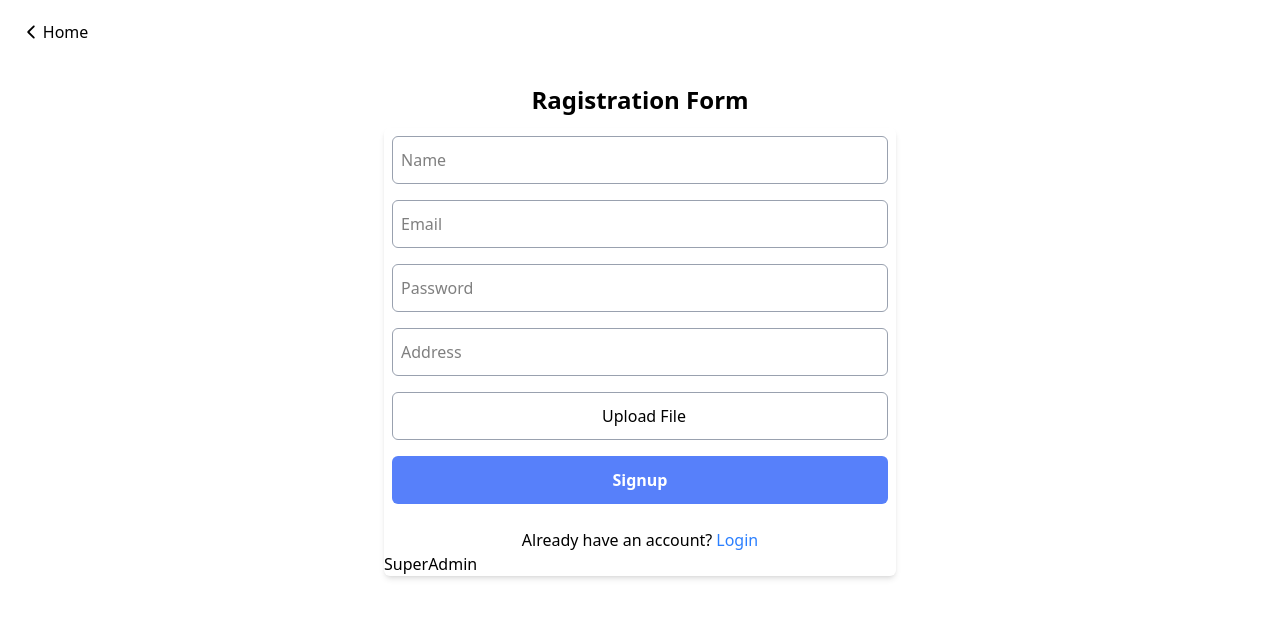
Repository: GAURAV-KUMAR22/restro-food-order-app
Page: /signup (app in qr-app/)
The author's editor kept a copy of each file at every save. The page is drawn from the files as they stood at one save, then again after the next save.
The browser window is 1280 px wide. The pictures show the whole page.
The page's requests for data from a server got no answer. The project was rebuilt for these pictures with package versions that can differ from the ones it lists, and the page was loaded fresh each time. No one was signed in, and anything a server would have sent is missing. Also part of the build but not shown: qr-app/vite.config.js, qr-app/src/Services/ProtectedRoutes.jsx, qr-app/src/components/CardItem.jsx, qr-app/src/components/CardDetails.jsx, qr-app/src/components/Client/CategoryCard.jsx, qr-app/src/Services/Socket.js, qr-app/src/components/Client/OrderStatusCard.jsx, qr-app/src/components/Client/SearchInput.jsx and 33 more.

Above is the page before, as saved 2025-06-11 10:35:16.

### qr-app/index.html
<!DOCTYPE html>
<html lang="en">
  <head>
    <meta charset="UTF-8" />
    <link rel="icon" type="image/svg+xml" href="/vite.svg" />
    <meta name="viewport" content="width=device-width, initial-scale=1.0" />
    <title>Vite + React</title>
    <style>
      @import url("https://fonts.googleapis.com/css2?family=Inter:ital,opsz,wght@0,14..32,100..900;1,14..32,100..900&display=swap");
    </style>
  </head>
  <body>
    <div id="root"></div>
    <script type="module" src="/src/main.jsx"></script>
  </body>
</html>

### qr-app/src/main.jsx
import React, { StrictMode } from "react";
import { createRoot } from "react-dom/client";
import "./index.css";
import App from "./App.jsx";
import { BrowserRouter } from "react-router-dom";
import { Provider } from "react-redux";
import store from "./Store/store.js";
import { AuthProvider } from "../Context/AuthProvider";

createRoot(document.getElementById("root")).render(
  // <StrictMode>
  <BrowserRouter>
    <Provider store={store}>
      <AuthProvider>
        <App />
      </AuthProvider>
    </Provider>
  </BrowserRouter>
  // </StrictMode>,
);

### qr-app/src/index.css
@import "tailwindcss";
.coverimg {
  background: url('/public/assets.image1.png');
}

### qr-app/src/App.jsx
import React, { useEffect } from "react";
import ScrollToTop from "./components/ScrollToTop";
import QrCode from "react-qr-code";
import { Suspense, lazy } from "react";
import { Route, Routes } from "react-router-dom";
import "./App.css";
import { ProtectedRoutes } from "./Services/ProtectedRoutes";
import { Home } from "./Pages/Clients/Home";
import { CartPage } from "./Pages/Clients/CartPage";
import { Category as FoodCategory } from "./Pages/Clients/Category";
import { PaymentsMethod } from "./Pages/Clients/PaymentsMethod";
import { DashBoardPage } from "./Pages/Admin/DashBoardPage";
import { NewProduct } from "./Pages/Admin/NewProduct";
import { NewCategory } from "./Pages/Admin/NewCategory";
import { Category } from "./Pages/Admin/Category";
import { OrderSuccess } from "./Pages/Clients/Order-Success";
import { Signup } from "./Pages/Auth/Signup";
import { Login } from "./Pages/Auth/Login";
import { UserInfo } from "./Pages/Clients/UserInfo";
import { PaymentPage } from "./Pages/Clients/PaymentPage";
import { OrderUpdate } from "./Pages/Admin/OrderUpdate";
import { TotalSale } from "./Pages/Admin/TotalSale";
import { GraphicalPage } from "./Pages/Admin/GraphicalPage";
import { ProductsDetails } from "./Pages/Clients/ProductsDetails";
import { CategoryView } from "./Pages/Admin/CategoryView";
import { TodayOrderStat } from "./Pages/Admin/TodayOrderStat";
import { io } from "socket.io-client";
import { useAuth } from "../Context/AuthProvider";

import { Toaster } from "react-hot-toast";
import { ShopDetails } from "./Pages/ShopDetails";
import { SuperAdminSignup } from "./Pages/Auth/SuperAdminSignup";
import { DashBoard } from "./Pages/SuperAdmin/DashBoard";
import { SuperAdminLogin } from "./Pages/Auth/SuperAdminLogin";
import { AllAdmin } from "./Pages/SuperAdmin/AllAdmin";
import { PendingAdmins } from "./Pages/SuperAdmin/PendingAdmins";

const backendUrl =
  import.meta.env.VITE_MODE === "Production"
    ? import.meta.env.VITE_BACKEND_PROD
    : import.meta.env.VITE_BACKEND_DEV;

const socket = io(backendUrl);
function App() {
  const { isAuthenticated } = useAuth();

  useEffect(() => {
    const handleConnect = () => {};

    const handleDisconnect = () => {};

    socket.on("connect", handleConnect);
    socket.on("disconnect", handleDisconnect);

    return () => {
      socket.off("connect", handleConnect);
      socket.off("disconnect", handleDisconnect);
    };
  }, []);

  return (
    <div className="box-border">
      <QrCode
        value="https://food-order-app-1-jddi.onrender.com/"
        className="hidden"
      />
      <ScrollToTop />

      <Suspense
        fallback={
          <div className="m duration-400 x-auto my-auto w-[98%] animate-pulse">
            <div>
              <div className="mb-4 h-[250px] rounded-lg bg-gray-400"></div>
            </div>
            <div className="mb-4 h-[30px] w-full rounded bg-gray-400"></div>
            <div className="mb-8 flex gap-4">
              {[...Array(5)].map((_, i) => (
                <div
                  key={i}
                  className="h-[180px] w-[170px] rounded-2xl bg-gray-400"
                ></div>
              ))}
            </div>
            <div className="mb-4 flex gap-4">
              {[...Array(5)].map((_, i) => (
                <div
                  key={i}
                  className="h-[180px] w-[170px] rounded-2xl bg-gray-400"
                ></div>
              ))}
            </div>
            <div className="mb-4 h-[35px] w-full rounded bg-gray-400"></div>
            <div className="mb-4 h-[35px] w-full rounded bg-gray-400"></div>
          </div>
        }
      >
        <Routes className="min-w-[375px] h-auto">
          {/* SuperAdmin */}

          <Route path="/signup/superadmin" element={<SuperAdminSignup />} />
          <Route path="/login/superadmin" element={<SuperAdminLogin />} />
          <Route path="/superAdmin" element={<DashBoard />} />
          <Route path="/superAdmin/admin-list" element={<AllAdmin />} />
          <Route path="/superAdmin/pending-admin" element={<PendingAdmins />} />

          {/* Client */}
          <Route index element={<ShopDetails />} />
          <Route path="/login" element={<Login />} />
          <Route path="/signup" element={<Signup />} />
          {/* Default for /shop/:shop */}
          <Route path="/shop/:shopId">
            <Route index element={<Home />} /> {/* Default for /shop/:shop */}
            <Route path="user-info" element={<UserInfo />} />
            <Route path="product/:id" element={<ProductsDetails />} />
            <Route path="cart" element={<CartPage />} />
            <Route path="cart-bill" element={<PaymentsMethod />} />
            <Route path=":category" element={<FoodCategory />} />
            <Route path="payment" element={<PaymentPage />} />
            <Route path="order-success" element={<OrderSuccess />} />
          </Route>
          {/* Admin Protected Routes */}
          <Route path="/" element={<ProtectedRoutes />} className="box-border">
            <Route index path="/admin" element={<DashBoardPage />} />
            <Route path="/admin/createProduct" element={<NewProduct />} />
            <Route path="/admin/Category" element={<Category />} />
            <Route path="/admin/newCategory" element={<NewCategory />} />
            <Route path="/admin/:category" element={<CategoryView />} />
            <Route path="/admin/pending-orders" element={<OrderUpdate />} />
            <Route path="/admin/totelsale" element={<TotalSale />} />
            <Route path="/admin/data-visualize" element={<GraphicalPage />} />
            <Route path="/admin/today-orders" element={<TodayOrderStat />} />
          </Route>
        </Routes>
      </Suspense>
      <Toaster />
    </div>
  );
}

export default App;

### qr-app/src/Store/store.js
import { configureStore } from "@reduxjs/toolkit";
import cartSlice from "../Redux/Cart/index.js";
const store = configureStore({
    reducer: {
        cart: cartSlice
    }
});
export default store;

### qr-app/Context/AuthProvider.jsx
import React, { createContext, useContext, useEffect, useState } from "react";
import PrivateAxios from "../src/Services/PrivateAxios.js";

const AuthContext = createContext();

export const AuthProvider = ({ children }) => {
  const [isAuthenticated, setAuthenticated] = useState(false);
  const [loading, setLoading] = useState(true);

  useEffect(() => {
    const checkAuth = async () => {
      try {
        const res = await PrivateAxios.get("/auth/check");
        setAuthenticated(res.data.authenticated);
      } catch {
        setAuthenticated(false);
      } finally {
        setLoading(false);
      }
    };

    checkAuth();
  }, []);

  if (loading) return <div>Loading...</div>;

  return (
    <AuthContext.Provider value={{ isAuthenticated, setAuthenticated }}>
      {children}
    </AuthContext.Provider>
  );
};

export const useAuth = () => useContext(AuthContext);

### qr-app/src/components/ScrollToTop.jsx
// ScrollToTop.jsx
import { useEffect } from "react";
import { useLocation } from "react-router-dom";

const ScrollToTop = () => {
    const { pathname } = useLocation();

    useEffect(() => {
        // Scrolls to top whenever pathname changes
        window.scrollTo(0, 0);
    }, [pathname]);

    return null;
};

export default ScrollToTop;

### qr-app/src/Pages/Auth/Signup.jsx
import React, { useState } from "react";
import { Link, Links, useNavigate } from "react-router-dom";
import publicAxios from "../../Services/PublicAxios";
import { ReverseButton } from "../../components/Client/ReverseButton";
export const Signup = () => {
  const naviagate = useNavigate();
  const [inputFile, setInputFile] = useState();
  const [form, setForm] = useState({
    name: "",
    email: "",
    password: "",
  });
  const [errors, setErrors] = useState({});

  const validate = () => {
    const newErrors = {};

    if (!form.name) {
      newErrors.name = "Name is required";
    }

    const emailRegex = /^[a-zA-Z0-9._%+-]+@[a-zA-Z0-9-]+(?:\.[a-zA-Z]{2,})+$/;

    if (!form.email.trim() || !emailRegex.test(form.email)) {
      newErrors.email = "Email is not correct";
    }

    const passwordRezax =
      /(?=.*[A-Z])(?=.*[a-z])(?=.*\d)(?=.*[@*$%&+=!]).{8,}$/;

    if (!form.password.trim() || !passwordRezax.test(form.password)) {
      newErrors.password =
        "Password must be Atleats One upparcase later and one lowercase and any symbol";
    }

    setErrors(newErrors);
    return Object.keys(newErrors).length === 0;
  };

  async function handleForm(e) {
    e.preventDefault();
    if (validate()) {
      const resoponce = await publicAxios.post("/auth/signup", form);
      if (!resoponce.status === 201) {
        throw new Error({ message: "Responce Failed" });
      }
      naviagate("/login");
    }
  }

  function handleInput(e) {
    e.preventDefault();
    const { name, value } = e.target;
    setForm({ ...form, [name]: value });
  }

  function handleImage(e) {
    setInputFile(e.target.value[0]);
  }
  return (
    <div className="  my-0  relative">
      <div className="flex justify-start w-[98%] mx-auto mt-3">
        <ReverseButton route={"/"} routeName={"Home"} css={"text-left"} />
      </div>
      <div className="mt-10 flex flex-col items-center ">
        <h2 className="flex justify-center text-2xl font-semibold">
          Ragistration Form
        </h2>
        <form
          onSubmit={handleForm}
          className="w-full sm:w-full md:w-[50%] lg:w-[40%] m-3 shadow-md rounded-md flex flex-col justify-center"
        >
          <div className="flex flex-col">
            <input
              type="text"
              name="name"
              placeholder="Name"
              required
              className="m-2 border border-gray-400 pl-2 h-12 rounded-md"
              onChange={handleInput}
            />
            {errors.name && <p style={{ color: "red" }}>{errors.name}</p>}
          </div>
          <div className="flex flex-col">
            <input
              type="email"
              name="email"
              placeholder="Email"
              required
              className="m-2 border border-gray-400 pl-2 h-12 rounded-md"
              onChange={handleInput}
            />
            {errors.email && <p style={{ color: "red" }}>{errors.email}</p>}
          </div>
          <div className="flex flex-col">
            <input
              type="password"
              name="password"
              placeholder="Password"
              required
              className="m-2 border border-gray-400 pl-2 h-12 rounded-md"
              onChange={handleInput}
            />
            {errors.password && (
              <p style={{ color: "red" }}>{errors.password}</p>
            )}
          </div>
          <div className="flex flex-col">
            <input
              type="text"
              name="address"
              placeholder="Address"
              required
              className="m-2 border border-gray-400 pl-2 h-12 rounded-md"
              onChange={handleInput}
            />
            {errors.address && <p style={{ color: "red" }}>{errors.address}</p>}
          </div>
          <div className="flex flex-col">
            <label
              htmlFor="file-upload"
              className="m-2 border border-gray-400 pl-2 h-12 rounded-md flex items-center justify-center cursor-pointer hover:bg-gray-100 active:bg-gray-200"
            >
              Upload File
            </label>

            <input
              type="file"
              id="file-upload"
              name="file"
              hidden
              onChange={handleImage}
              required
            />
          </div>

          {/* 🛠 No extra div! Directly button */}
          <button
            type="submit"
            className="m-2 bg-[#5780FA] text-white font-semibold h-12 rounded-md hover:bg-blue-600 transition duration-300"
          >
            Signup
          </button>

          <p className="flex justify-center mt-4">
            Already have an account?
            <Link className="text-blue-500 ml-1" to="/login">
              Login
            </Link>
          </p>
          <p>
            <Link to={"/signup/superadmin"}>SuperAdmin</Link>
          </p>
        </form>
      </div>
    </div>
  );
};

### qr-app/src/Redux/Cart/index.js
import { createSlice } from "@reduxjs/toolkit";

// Helper to load cart from localStorage
const getInitialCart = () => {
  const storedCart = localStorage.getItem("cart");
  return storedCart ? JSON.parse(storedCart) : [];
};

export const cartSlice = createSlice({
  name: "cart",
  initialState: {
    cartItems: getInitialCart(), // Load initial cart state from localStorage
  },
  reducers: {
    addToCart: (state, action) => {
      const product = action.payload;
      const existingItem = state.cartItems.find(
        (item) => item._id === product._id
      );

      if (existingItem) {
        existingItem.quantity += 1;
      } else {
        state.cartItems.push({ ...product, quantity: 1 });
      }

      // Sync with localStorage
      localStorage.setItem("cart", JSON.stringify([...state.cartItems]));
    },

    incrementCart: (state, action) => {
      const item = state.cartItems.find((item) => item._id === action.payload);
      if (item) {
        item.quantity += 1;
        localStorage.setItem("cart", JSON.stringify([...state.cartItems]));
      }
    },

    removeFromCart: (state, action) => {
      const productId = action.payload;
      const existingItem = state.cartItems.find(
        (item) => item._id === productId
      );

      if (existingItem) {
        if (existingItem.quantity > 1) {
          existingItem.quantity -= 1;
        } else {
          state.cartItems = state.cartItems.filter(
            (item) => item._id !== productId
          );
        }
        localStorage.setItem("cart", JSON.stringify([...state.cartItems]));
      }
    },

    updateQuantity: (state, action) => {
      const { id, quantity } = action.payload;
      const itemIndex = state.cartItems.findIndex((item) => item._id === id);

      if (itemIndex !== -1) {
        if (quantity === 0) {
          state.cartItems.splice(itemIndex, 1); // Remove item
        } else {
          state.cartItems[itemIndex].quantity = quantity; // Update quantity
        }
      }

      localStorage.setItem("cart", JSON.stringify([...state.cartItems]));
    },

    clearCart: (state) => {
      state.cartItems = [];
      localStorage.removeItem("cart");
    },

    loadCartFromLocalStorage: (state) => {
      const storedCart = localStorage.getItem("cart");
      if (storedCart) {
        state.cartItems = JSON.parse(storedCart);
      }
    },

    syncCartFromLocalStorage: (state) => {
      const cart = localStorage.getItem("cart");
      state.cartItems = cart ? JSON.parse(cart) : [];
    },
  },
});

export const {
  addToCart,
  removeFromCart,
  incrementCart,
  loadCartFromLocalStorage,
  clearCart,
  syncCartFromLocalStorage,
  updateQuantity,
} = cartSlice.actions;

export default cartSlice.reducer;

### qr-app/src/Services/PrivateAxios.js
import axios from "axios";

const PrivateAxios = axios.create({
  baseURL: `${
    import.meta.env.VITE_MODE === "Production"
      ? import.meta.env.VITE_BACKEND_PROD
      : import.meta.env.VITE_BACKEND_DEV
  }/api/v1`,
  headers: {
    "Content-Type": "application/json",
  },
  withCredentials: true, // ✅ Required for sending cookies with requests
});

PrivateAxios.interceptors.request.use(
  (response) => response,
  (error) => {
    if (error.response?.status === 401) {
      console.warn("Unauthorized. Possibly invalid or expired session.");
      // Optional: redirect to login or clear local app state
      // window.location.href = "/login";
    }
    return Promise.reject(error);
  }
);

export default PrivateAxios;

### qr-app/src/Pages/Clients/Home.css
* {
  box-sizing: border-box;
}

.hide-scrollbar::-webkit-scrollbar {
  display: none;
}
.hide-scrollbar {
  -ms-overflow-style: none; /* IE and Edge */
  scrollbar-width: none; /* Firefox */
}

.search-container {
  margin: 16px;
  position: static;
  width: 343;
  height: 78;
  top: 224px;
  left: 16px;
  gap: 12px;
}

.search-container p {
  text-align: center;
}

.search-input {
  width: 343px;
  height: 40px;
  gap: 4px;
  border-radius: 8px;
  padding-top: 10px;
  padding-right: 16px;
  padding-bottom: 10px;
  padding-left: 16px;
  border-width: 1px;
  text-align: center;
  border: 1px solid #cdd6de;
}

.food-items {
  display: flex;
  margin: 10px 0 10px 10px;
  overflow-x: scroll;
  gap: 10px;
}

.item-card {
  width: 62px;
  height: 82px;
  gap: 2px;
  text-align: center;
}

.item-card p {
  width: 62;
  height: 18;
  font-family: Inter;
  font-weight: 500;
  font-size: 11px;
  line-height: 17.6px;
  letter-spacing: -0.4%;
  text-align: center;
  padding-left: 2px;
}

.best-seller-item {
  margin: 10px;
}

.detail-card {
  min-width: 140px;
  max-height: 140px;
  gap: 4px;
  border-radius: 16px;
  padding: 8px;
  margin-bottom: 10px;
  background: #ffffff;
  overflow-x: scroll;
  margin: 5px;
}

.detail-card img {
  /* width: 90; */
  height: 65;
  justify-content: center;
  align-items: center;
  display: flex;
  text-align: center;
}

.detail-card-head {
  display: flex;
  gap: 80px;
  margin-top: 10px;
  justify-content: space-between;
}

.cardList {
  display: flex;
  gap: 4px;
}

.detail-card h3 p {
  width: 108px;
  height: 23px;
  font-family: Inter;
  font-weight: 500;
  font-size: 14px;
  line-height: 22.4px;
  letter-spacing: -1%;
  background: #000000;
}

.burger-item-list {
  width: 344px;
  height: 169px;
  justify-content: space-between;
  display: flex;
  flex-wrap: wrap;
}

.detail-card button {
  width: 132px;
  height: 32px;
  gap: 10px;
  border-radius: 8px;
  padding-top: 4px;
  padding-right: 8px;
  padding-left: 8px;
  border-width: 1px;
  background: #f9d718;
  border: 1px solid #f9d718;
}

.detail-card-specil {
  width: 159px;
  height: 169px;
  padding-inline: 10px;
  border-radius: 16px;
  background: #ffffff;
  box-shadow: 0px 10px 20px 0px #adb3561a;
}

/* Burger Page */

.item-cards {
  display: flex;
  width: 375;
  height: 58;
  top: 44px;
  gap: 10px;
  padding-right: 21px;
  padding-bottom: 16px;
  padding-left: 21px;
}

.item-card a {
  display: flex;
  gap: 2px;
}

.burger-item-list {
  display: grid;
  align-content: flex-start;
  flex-wrap: wrap;
  top: 110px;
  left: 16px;
}

/* Orders page */

.order-container {
  background: #ffffff;
}

.orderDetils {
  width: 100%;
  min-width: 344;
  height: 12;
  justify-content: space-between;
  border-radius: 16px;
  padding: 8px;
}

.order-detils-card {
  display: flex;
  width: 344;
  height: 120;
  justify-content: space-between;
  border-radius: 16px;
  margin: 5px;
  background: #ffffff;
  box-shadow: 5px 5px rgba(235, 235, 240, 0.8);
}

.left {
  margin: 10px;
  width: 150;
  height: 94;
  gap: 16px;
}

.left h4 {
  width: 120px;
  height: 26px;
  font-family: Inter;
  font-weight: 550;
  font-size: 20px;
  line-height: 25.6px;
  letter-spacing: -1%;
}

.right {
  width: 102px;
  height: 130px;
  gap: 8px;
  margin: 6px;
}

.right img {
  width: 85;
  height: 64;
  object-fit: fill;
}

/* .order-quantityBtn {
    width: 100px;
    height: 32;
    justify-content: space-between;
    border-radius: 8px;
    padding: 5px;
    border-width: 1px;
    display: flex;
    margin-inline: 10px;
    background-color: #F9D718;
    margin-inline: 10px;
    gap: 10px;

} */

/*
.order-quantityBtn p {
    display: flex;
    align-items: center;
    justify-content: center;
} */

/* .order-quantityBtn img {
    justify-content: center;
    align-items: center;
    width: 50px;
} */

.order-calc div {
  justify-content: space-between;
  margin: 16px;
  display: flex;
  width: 343;
  height: 128;
  top: 558px;
  left: 16px;
  gap: 16px;
}

.order-btn {
  /* position: unset;
    margin-left: 14px;
    display: flex;
    width: 99%;
    margin-right: 30px;
    height: 40px;
    top: 731px;
    left: 16px;
    gap: 10px; */
  margin: 0 auto;
  width: 90%;
  border-radius: 8px;
  border-width: 1px;
  padding-top: 4px;
  padding-right: 8px;
  padding-bottom: 4px;
  padding-left: 8px;
  background: #f9d718;
  border: 1px solid #ae9507;
  box-shadow: 0px 10px 20px 0px #0000001a;
}

.payment-method {
  width: 343;
  height: 560;
  top: 68px;
  left: 16px;
  gap: 8px;
}

.payment-method p {
  width: 149;
  height: 23;
  font-family: Inter;
  font-weight: 400;
  font-size: 14px;
  line-height: 22.4px;
  letter-spacing: 0%;
  text-align: center;
}

.amount {
  justify-content: center;
  align-items: center;
  text-align: center;
}

/* Table styling */
.styled-table {
  width: 100%;
  font-family: Arial, sans-serif;
  border: none;
  max-height: 250px;
  justify-content: first baseline;
  align-content: first baseline;
}

.styled-table thead tr {
  text-align: left;
  padding: 10px;
  border-bottom: 1px solid black;
}

.styled-table td {
  padding: 10px;
  text-align: start;
}

.styled-table tbody tr:nth-child(even) {
  background-color: #f2f2f2;
}

.styled-table tbody tr:hover {
  background-color: #ddd;
}

.styled-table td:first-child {
  text-align: left;
  font-weight: bold;
}

.icCard {
  margin: 0 auto;
  align-items: center;
  justify-content: center;
  display: flex;
}

.star-icon:hover {
  color: inherit !important;
  transform: none !important;
}

### qr-app/src/Services/PublicAxios.js
import axios from "axios";
const publicAxios = axios.create({
  baseURL: `${
    import.meta.env.VITE_MODE === "Production"
      ? import.meta.env.VITE_BACKEND_PROD
      : import.meta.env.VITE_BACKEND_DEV
  }/api/v1`,
  headers: {
    "Content-Type": "application/json",
  },
});

export default publicAxios;

### qr-app/src/components/Client/ReverseButton.jsx
import React from "react";
import { IoIosArrowBack } from "react-icons/io";
import { Link } from "react-router-dom";

export const ReverseButton = ({ route, routeName, css }) => {
  return (
    <Link
      className={`flex ${css} gap-[4px] items-center justify-start  ml-2 mt-2`}
      to={`${route}`}
    >
      <span className="w-[18px] h-[20px]">
        <IoIosArrowBack size={20} />
      </span>
      <span className="text-base font-medium capitalize"> {routeName} </span>
    </Link>
  );
};

Loaded but not shown: qr-app/src/App.css (common file)

After the next save:
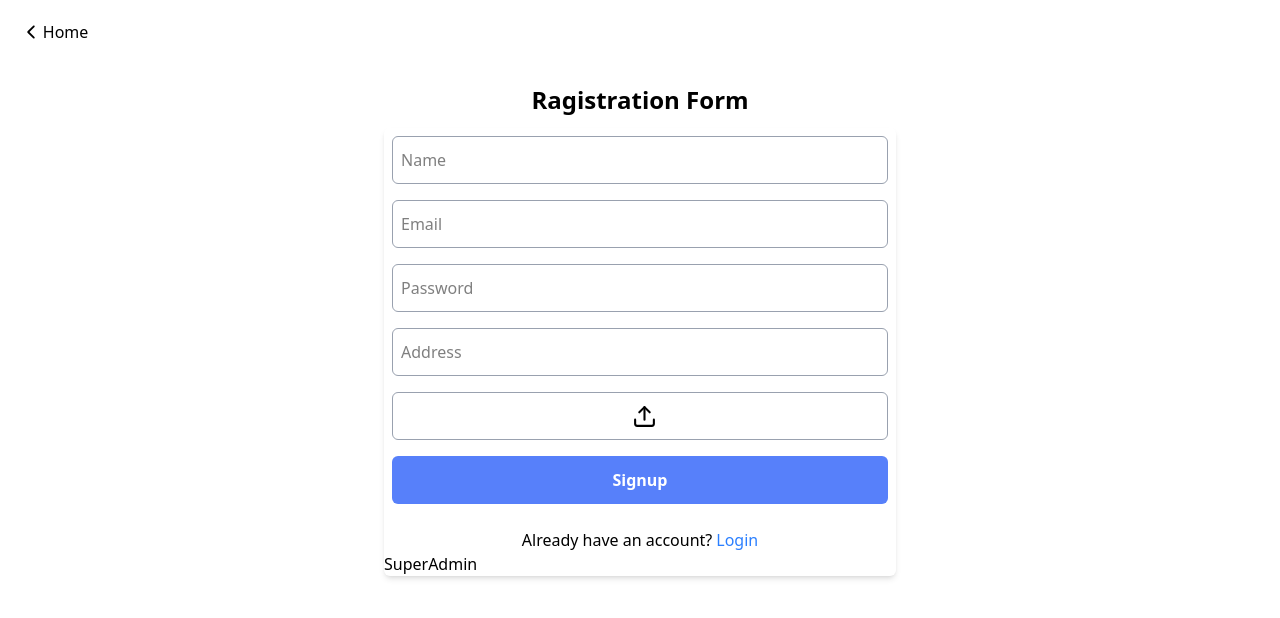
Saved 3 min 24 s later.
--- a/qr-app/src/Pages/Auth/Signup.jsx
+++ b/qr-app/src/Pages/Auth/Signup.jsx
@@ -2,9 +2,11 @@ import React, { useState } from "react";
 import { Link, Links, useNavigate } from "react-router-dom";
 import publicAxios from "../../Services/PublicAxios";
 import { ReverseButton } from "../../components/Client/ReverseButton";
+import { UploadIcon } from "lucide-react";
 export const Signup = () => {
   const naviagate = useNavigate();
   const [inputFile, setInputFile] = useState();
+  const [imagePreview, setImagePreview] = useState();
   const [form, setForm] = useState({
     name: "",
     email: "",
@@ -55,7 +57,12 @@ export const Signup = () => {
   }
 
   function handleImage(e) {
-    setInputFile(e.target.value[0]);
+    const file = e.target.files[0];
+    if (file) {
+      setInputFile(file);
+      const imagePreview = URL.createObjectURL(file);
+      setImagePreview(imagePreview);
+    }
   }
   return (
     <div className="  my-0  relative">
@@ -121,7 +128,11 @@ export const Signup = () => {
               htmlFor="file-upload"
               className="m-2 border border-gray-400 pl-2 h-12 rounded-md flex items-center justify-center cursor-pointer hover:bg-gray-100 active:bg-gray-200"
             >
-              Upload File
+              {imagePreview ? (
+                <img src={imagePreview} alt="image" />
+              ) : (
+                <UploadIcon size={25} />
+              )}
             </label>
 
             <input
